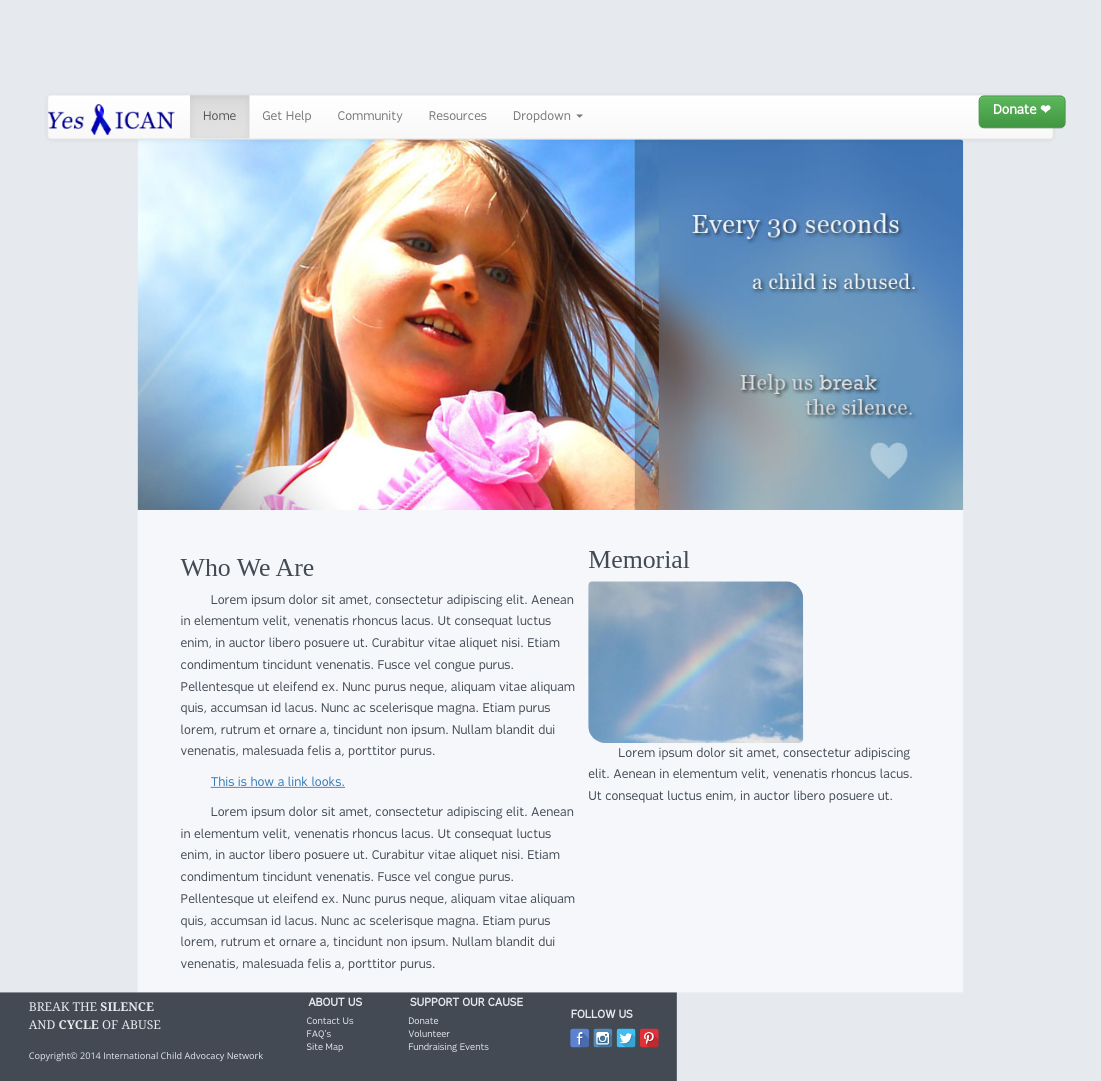
Repository: Rob21789/Yes-I-Can
Page: index.html
The author's editor kept a record of every edit. The page is drawn from the files as they stood at one moment, then again after the next edit.
The browser window is 1280 px wide. The pictures show the whole page, at 86% of full size.
Some web fonts or font styles are not loaded; a fallback is used. Some web libraries are served in a nearby version.

Above is the page before.
Not found: assets/js/ie-emulation-modes-warning.js
Not found: assets/js/ie10-viewport-bug-workaround.js

### index.html
<!DOCTYPE html>
<html lang="en">
  <head>
    <meta http-equiv="X-UA-Compatible" content="IE=edge">
    <meta name="viewport" content="width=device-width, initial-scale=1">
    <!--  ****ADD IN DESCRIPTION AND CONTENT*****
    <meta name="description" content="">
    <meta name="author" content="">
    -->
 	<meta charset="utf-8">
	<title>Yes ICAN: International Child Advocacy Network</title>
	    <!-- Bootstrap core CSS -->


      <!-- Custom styles for this template -->
  <script src="../../assets/js/ie-emulation-modes-warning.js"></script>


    <link href="css/bootstrap.min.css" rel="stylesheet">

    <link href="css/bootstrap-theme.min.css" rel="stylesheet">

  <link href="navbar.css" rel="stylesheet">
	<link rel="stylesheet" href="css/normalize.css"/>
	<link rel="stylesheet" href="css/main.css"/>
	<link rel="stylesheet" href="css/responsive1.css"/>
	<!--<meta name="viewport" content="width=device-width, maximum-scale=1; minimum-scale=1; initial-scale=1.0"> COMMENTED OUT FOR BOOTSTRAP TESTING-->
	<link href='http://fonts.googleapis.com/css?family=Droid+Serif:700|Open+Sans' rel='stylesheet' type='text/css'>
  </head>



  <body>
  	<p></p>
  	    <div class="container">

      <!-- Static navbar -->
      <nav class="navbar navbar-default">
        <div class="container-fluid">
          <div class="navbar-header">
            <button type="button" class="navbar-toggle collapsed" data-toggle="collapse" data-target="#navbar" aria-expanded="false" aria-controls="navbar">
              <span class="sr-only">Toggle navigation</span>
              <span class="icon-bar"></span>
              <span class="icon-bar"></span>
              <span class="icon-bar"></span>
            </button>
            <a class="navbar-brand" href="index.html">
            	<img alt="site logo" id="navlogo" src="img/logo_short_sm.png"/>
            </a>
          </div>
          <div id="navbar" class="navbar-collapse collapse">
            <ul class="nav navbar-nav">

              <li class="active"><a href="#">Home</a></li>
              <li><a href="#">Get Help</a></li>
              <li><a href="#">Community</a></li>
              <li><a href="#">Resources</a></li>


              <li class="dropdown">
                <a href="#" class="dropdown-toggle" data-toggle="dropdown" role="button" aria-expanded="false">Dropdown <span class="caret"></span></a>
                <ul class="dropdown-menu" role="menu">
                  <li><a href="#">Action</a></li>
                  <li><a href="#">Another action</a></li>
                  <li><a href="#">Something else here</a></li>
                  <li class="divider"></li>
                  <li class="dropdown-header">Nav header</li>
                  <li><a href="#">Separated link</a></li>
                  <li><a href="#">One more separated link</a></li>
                </ul>
              </li>
            </ul>
            <ul class="nav navbar-nav navbar-right">
              <li><button type="button" class="btn btn-lg btn-success">Donate &#10084;</button></li>
              <style>

              	.btn-lg {
              		font-size: 15px;
									font-weight: bold;
									padding: 8px 16px;
              	}
              </style>
            </ul>
          </div><!--/.nav-collapse -->
        </div><!--/.container-fluid -->
      </nav>
    </div> <!-- /container -->


    <!-- Bootstrap core JavaScript
    ================================================== -->
    <!-- Placed at the end of the document so the pages load faster -->
    <script src="https://ajax.googleapis.com/ajax/libs/jquery/1.11.1/jquery.min.js"></script>
    <script src="../../dist/js/bootstrap.min.js"></script>
    <!-- IE10 viewport hack for Surface/desktop Windows 8 bug -->
    <script src="../../assets/js/ie10-viewport-bug-workaround.js"></script>

  <!--END BOOTSTRAP code-->



 <!--
	<header>

		COMMENT: This is where my header was, but I am commenting it out for editing

		<img id="header" src="img/header.jpg"/> Include transparent logo PNG here
		<div id="header"><a href="index.html"><img id="logo" alt="site logo" src="img/logo.png"/></a></div>


		<nav>
			<ul>
			    <li><a class="selected" href="index.html">Home</a></li>
				<li><a href="chat.html">Get Help</a></li>
				<li><a href="http://community.yesican.org">Community</a></li>
				<li><a href="resources.html">Resources</a></li>
				<li><a href="about.html">About YIC</a></li>
				<li><a href="supportyic.html">Get Involved</a></li>
				<li><a href="donate.html">Donate</a></li>
			</ul>
		</nav>
	</header>
-->

	<img id="banner" alt="home page banner" src="img/banner.jpg"/>
	<!--The main content of the website will go inside of the #wrapper id. It is divided into two sections: #primary & #secondary.-->
	<div id="wrapper">
		<!-- Two sections have been created for desktop view to have two columns. Mobile website will just be stacked-->
		<div id="content">
			<section id="primary"><!--Left column content goes here-->
				<h2>Who We Are</h2>
				<p>Lorem ipsum dolor sit amet, consectetur adipiscing elit. Aenean in elementum velit, venenatis rhoncus lacus. Ut consequat luctus enim, in auctor libero posuere ut. Curabitur vitae aliquet nisi. Etiam condimentum tincidunt venenatis. Fusce vel congue purus. Pellentesque ut eleifend ex. Nunc purus neque, aliquam vitae aliquam quis, accumsan id lacus. Nunc ac scelerisque magna. Etiam purus lorem, rutrum et ornare a, tincidunt non ipsum. Nullam blandit dui venenatis, malesuada felis a, porttitor purus.</p>
				<p><a href="#">This is how a link looks.</a></p>
				<p>Lorem ipsum dolor sit amet, consectetur adipiscing elit. Aenean in elementum velit, venenatis rhoncus lacus. Ut consequat luctus enim, in auctor libero posuere ut. Curabitur vitae aliquet nisi. Etiam condimentum tincidunt venenatis. Fusce vel congue purus. Pellentesque ut eleifend ex. Nunc purus neque, aliquam vitae aliquam quis, accumsan id lacus. Nunc ac scelerisque magna. Etiam purus lorem, rutrum et ornare a, tincidunt non ipsum. Nullam blandit dui venenatis, malesuada felis a, porttitor purus.</p>
			</section>

			<section class="secondary"><!--Right column content goes here-->
				<h2>Memorial</h2>
				<img alt="Memorial List" src="img/memorial_list.jpg"/>
				<p>Lorem ipsum dolor sit amet, consectetur adipiscing elit. Aenean in elementum velit, venenatis rhoncus lacus. Ut consequat luctus enim, in auctor libero posuere ut.</p>
			</section>
		</div>
	</div>

	<!--Footer still needs to be completed-->
	<footer>
		<div id="footer-right">
			<ul>
				<li>ABOUT US</li>
				<li><a href="">Contact Us</a></li>
				<li><a href="">FAQ's</a></li>
				<li><a href="">Site Map</a></li>
			</ul>
			<ul>
				<li>SUPPORT OUR CAUSE</li>
				<li><a href="">Donate</a></li>
				<li><a href="">Volunteer</a></li>
				<li><a href="">Fundraising Events</a></li>
			</ul>
			<ul>
				<li>FOLLOW US</li>
				<li>
					<a href="#Facebook"><img src="img/facebook-icon.png" alt="Facebook Logo" class="social-icon"></a>
					<a href="#Instagram"><img src="img/instagram-icon.png" alt="Instagram Logo" class="social-icon"></a>
					<a href="#Twitter"><img src="img/twitter-icon.png" alt="Twitter Logo" class="social-icon"/></a>
					<a href="#Pinterest"><img src="img/pinterest-icon.png" alt="Pinterest Logo" class="social-icon"/></a>
				</li>
			</ul>
		</div>
		<div id="footer-left">
			<p id="footer-slogan">BREAK THE <strong>SILENCE</strong> <br>AND <strong>CYCLE</strong> OF ABUSE</p>
			<p id="copyright">Copyright&copy; 2014 International Child Advocacy Network</p>
		</div>
	</footer>


	   <script src="https://ajax.googleapis.com/ajax/libs/jquery/1.11.1/jquery.min.js"></script>
    <script src="js/bootstrap.min.js"></script>
  </body>
</html>

### css/navbar.css
/*body {
  padding-top: 10px;
  padding-bottom: 20px;
}
*/
.navbar {
  margin-bottom: 0px;
}

body {
    padding-top: 70px; /* Required padding for .navbar-fixed-top. Change if height of navigation changes. */
}

.navbar-fixed-top .nav {
    padding: 10px 0;
}

.navbar-fixed-top .navbar-brand {
    padding: 0 10px;
}

@media(min-width:768px) {
    body {
        padding-top: 100px; /* Required padding for .navbar-fixed-top. Change if height of navigation changes. */
    }

    .navbar-fixed-top .navbar-brand {
        padding: 15px 0;
    }
}

### css/main.css
/***********************
GENERAL
***********************/
a:hover {
    text-decoration: underline;
}

img {

    max-width: 100%;
}

body {
    /*font-family: 'Fabrica', 'Courier New';*/
    font-family: 'Open Sans', sans-serif;
    background-color:#e6e9ed;
    color: #434a54;
}

#wrapper{
    max-width:960px;
    margin: 0 auto;
    background-color: #f5f7fa;
    overflow: auto; /*This fixed the wrapper background color problem that happened bc floating content*/
    line-height: 1.8em;
}

#wrapper a {
    text-decoration: underline;
}

#wrapper img {
    border-radius:5px 20px 5px;
}

#wrapper p {
    text-indent: 2.5em;
}

#banner {
    margin-left: auto;
    margin-right:auto;
    padding: 0;
    display:block;
    clear:both;
    border-radius: 4px 4px 0 0;
}

#content {
    padding:20px 40px;
    padding-bottom:50px;
}

h1, h2, h3 {
    font-family: 'Droid Serif', serif;
}

.selected {
     color:#0B108C;
    text-decoration: none;
}


/***********************
HEADER - Top image strip above banner
***********************/
/*#logo { Commented out for bootstrap testing
    text-align:right;
    max-height:100%;
    max-width:100%;
    padding: 10px 0px 10px 30px;
}*/

.navbar-brand {
    margin-top:-5px;
}

#header {
    background-image: url(../img/header.jpg);
    background-repeat: no-repeat;
    background-position: top;
    margin: 0 auto;
    max-width:960px;
}

/*Commented out for testing new header technique
#header {
margin-left: auto;
margin-right: auto;
padding: 0;
display: block;
clear: both;
font-family: 'Fabrica', Arial;
}

*******/

/***********************
NAVIGATION - Main site navigation
***********************/



/**********************
FOOTER
**********************/
footer {
    font-family: 'Open Sans', sans-serif;
    max-width:950px;
    background-color:#434a54;
    font-size:0.75em;
    clear:both;
    color:#e6e9ed; overflow:auto;
    margin: 0 auto;
    padding:5px;
}
footer h3{
    padding-left: .9em;
    font-family: 'Open Sans', sans-serif;
}
footer ul {
    display:inline-block;
    list-style-type: none;
    }
footer ul li{
    list-style:none;
    text-decoration:none;
    margin-left: 1em;
}
footer ul li a{
    color:#e6e9ed;
    text-decoration:none;
}

footer a:hover {
    color:#FFFFFF; /*Change hover color to make it more prominent*/
}


/**********************
RIGHT SIDE OF FOOTER - Contains links and social media icons
**********************/
#footer-right {
    float:right;
    margin-right:15px;
}

#footer-right li:nth-child(1) { /*Styles footer headers*/
    font-weight:bold;
    font-size:1.2em;
    padding-bottom:4px;
}

.social-icon {
    display:inline-block;
    width:24px;
    height:24px;
    margin-bottom:22.7px; /*controls height of "follow us" in footer*/
    padding:1px;
    border-radius: 20%;
}

/**********************
LEFT SIDE OF FOOTER - Contains copyright and slogan
**********************/
#footer-left {
    float:left;
    padding-left: 2em;
    text-align:left;
    font-size: 1.35em;
    display:inline-block;
    line-height: 1.5em;
}

#footer-slogan {
    font-family: 'Georgia', 'Droid Serif', sans-serif;
}

#copyright{
    font-size: .75em;
    text-align:left;
    margin-top: 5px;
    display:inline-block;
    font-family: 'Open Sans', sans-serif;
}

/***********************
CONTENT TEMPLATE - Content template for all other pages
***********************/

### css/responsive1.css
/*This is the placeholder for responsive CSS that we will implement for mobile design*/

/* Smartphones ----------- */
@media screen and (max-width: 519px){
/* Styles */

  #content{
    float:none;
    padding:0;
    width: auto;
  }

  img{
    max-width: 100%;
    height: auto;
    width:auto\9; /*for ie8*/
  }

  body{
    float:left;
    font-family: 'Fabrica';
  }

  #logo {
   margin-right:auto;
   max-width: 100%;
   height: auto;
   padding: 0;
  }

  #wrapper{
    margin: 0 auto;
  }
  #wrapper p{
    text-indent: 0;
  }

  h1, h2, h3 {
    font-family: 'Fabrica';
  }

  nav{
    position: relative;
    min-height: 40px;
  }

  nav ul{
    position:absolute;
    width: 180px;
    padding: 5px,0;
    top: 0;
    left: 0;
    border: solid 1px #aaa;
    background: #fff url(../img/menu-bar-mobile.jpg) no-repeat 10px 11px;
    border-radius: 5px;
    box-shadow: 0 1px 2px rgba(0,0,0,.3);
  }

  nav ul:hover li{
    display: block;
    margin: 0 0 5px;
  }

  nav a:hover {
    display:block;
  }

  nav li{
    display:none;
    margin:none;
  }

  #banner{
    display: none;
  }

  footer{
    font-family: 'Fabrica';
    float:left;
  }
}

/*Ipads and Tablets*/
@media screen and (min-width:960px) and (max-device-width: 1024px) and (orientation: landscape){
  footer{
    font-family: 'Fabrica';
    float: left;
  }

  body{
    font-family: 'Fabrica';
  }

   #primary {
    width: 55%;
    float: left;
    padding:10px;
  }

  #secondary {
    width: 30%;
    float: right;
    padding:10px;
  }
}

/* Desktops and laptops ----------- */
@media screen and (min-width: 1200px){
/* Styles */
  #primary {
    width: 55%;
    float: left;
    padding:10px;
  }

  #secondary {
    width: 30%;
    float: right;
    padding:10px;
  }
}

/*************************************
  TWO COLUMN LAYOUT

 Will target anything larger than average smartphone.
This is helpful for normal sized tablets, very large smartphones, and very small desktop windows.
***************************************/
@font-face {
    font-family: 'Fabrica';
    font-style: normal;
    font-weight: 100;
    src: local('Fabrica'), local('Fabrica'), url('/font/Fabrica.otf') format('opentype');
    }

Loaded but not shown: css/bootstrap.min.css (library); css/bootstrap-theme.min.css (library); css/normalize.css (library); js/bootstrap.min.js (library)

After the next edit:
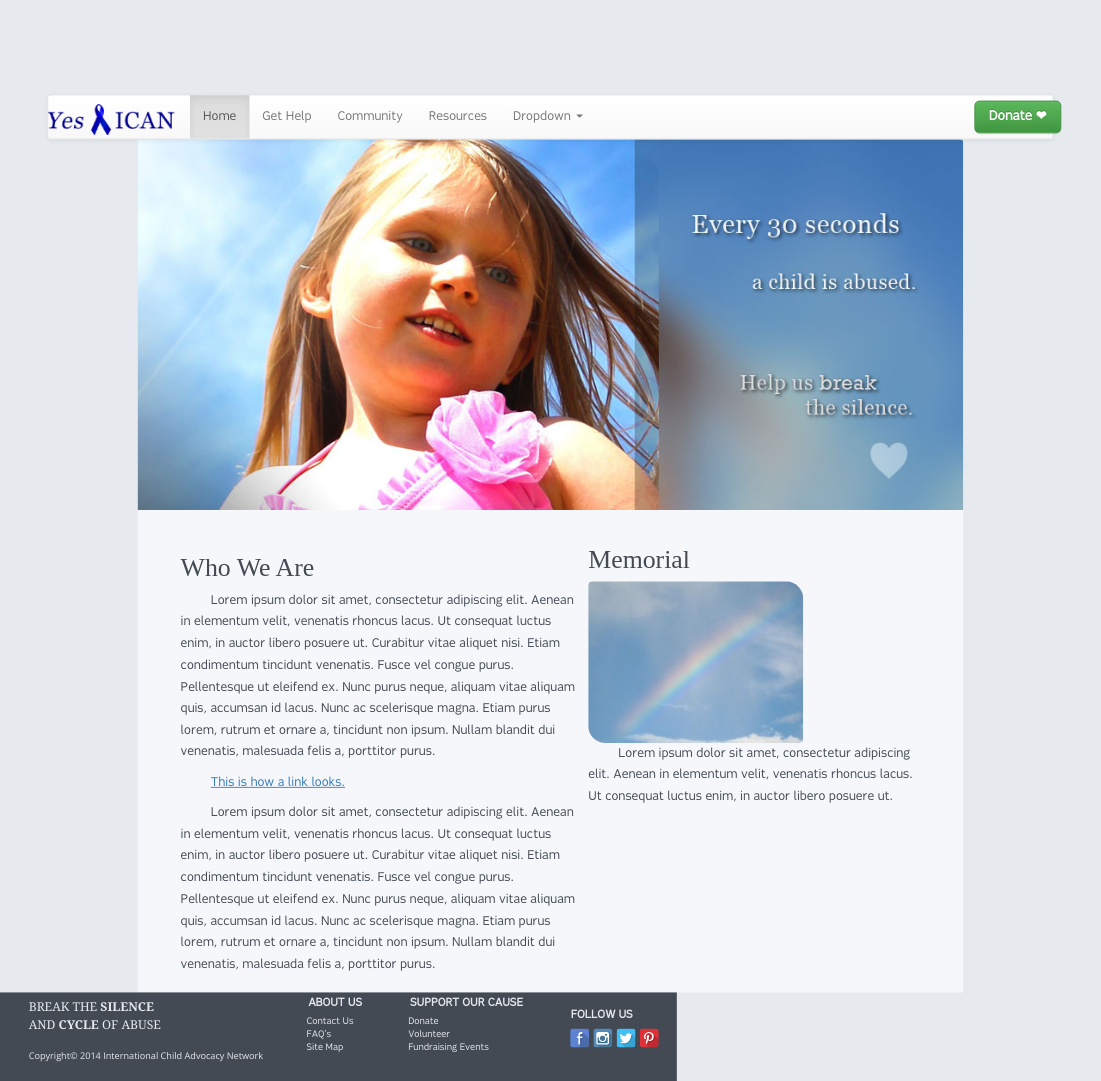
The edit:
--- a/index.html
+++ b/index.html
@@ -78,6 +78,7 @@
               		font-size: 15px;
 									font-weight: bold;
 									padding: 8px 16px;
+									margin:6px 5px;
               	}
               </style>
             </ul>
